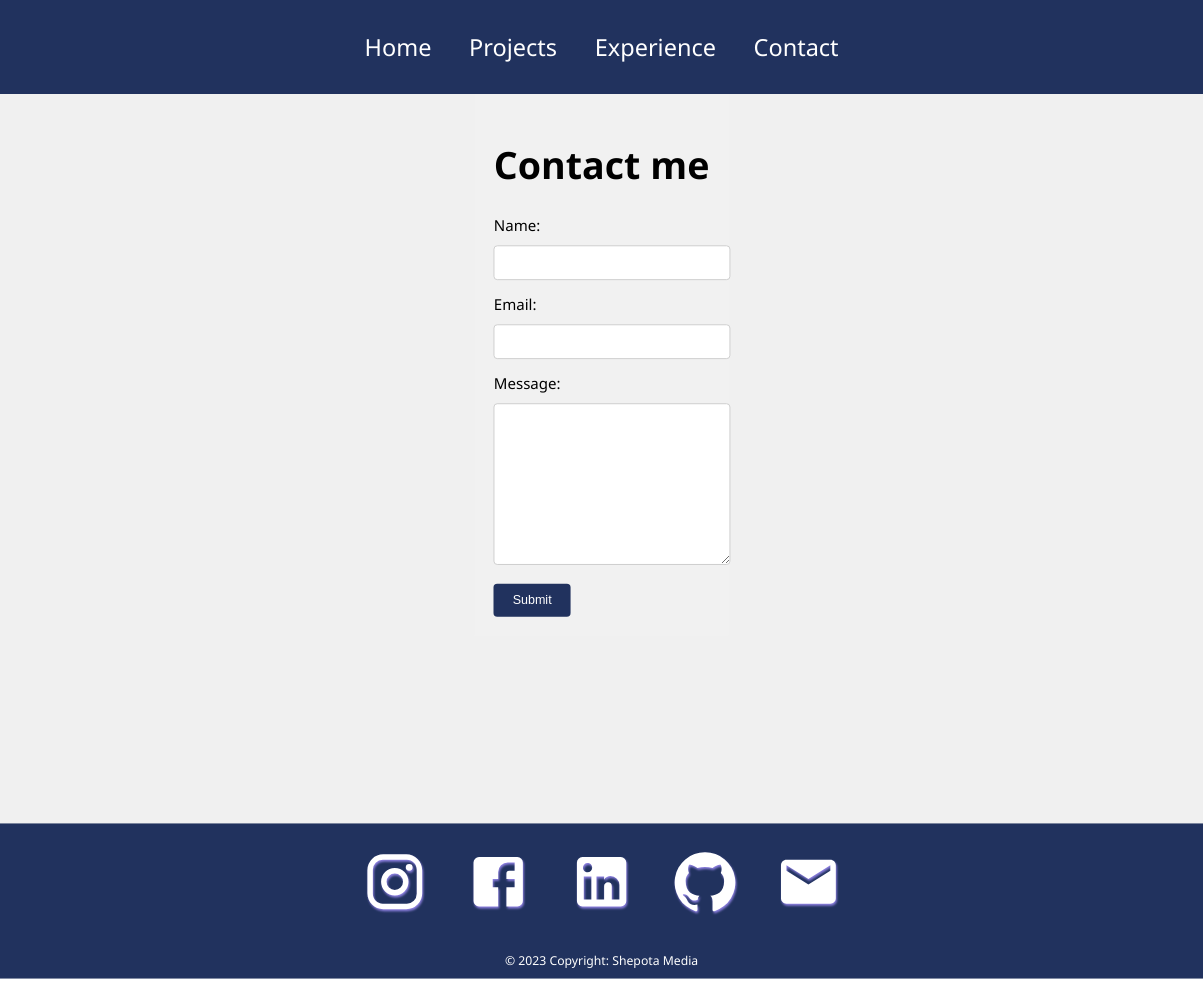
Repository: LolaSL/react-portfolio
Page: /contact
These files come from the project's save history. The page is drawn as it stood at one moment and after a run of saves; the edit follows.
The browser window is 1280 px wide. The pictures show the whole page, at 94% of full size.
The project was rebuilt for these pictures with package versions that can differ from the ones it lists, and the page was loaded fresh each time. Also part of the build but not shown: src/pages/Home/Style.css, src/pages/Home/Home.jsx, src/components/ProjectItem/ProjectItem.jsx, src/helpers/ProjectList.js, src/pages/Projects/Style.css, src/pages/Projects/Projects.jsx, src/pages/Experience/Style.css, src/pages/Experience/Experience.jsx and 1 more.

Above is the page before, as saved 2023-07-02 09:44:47.

After the next 4 saves:
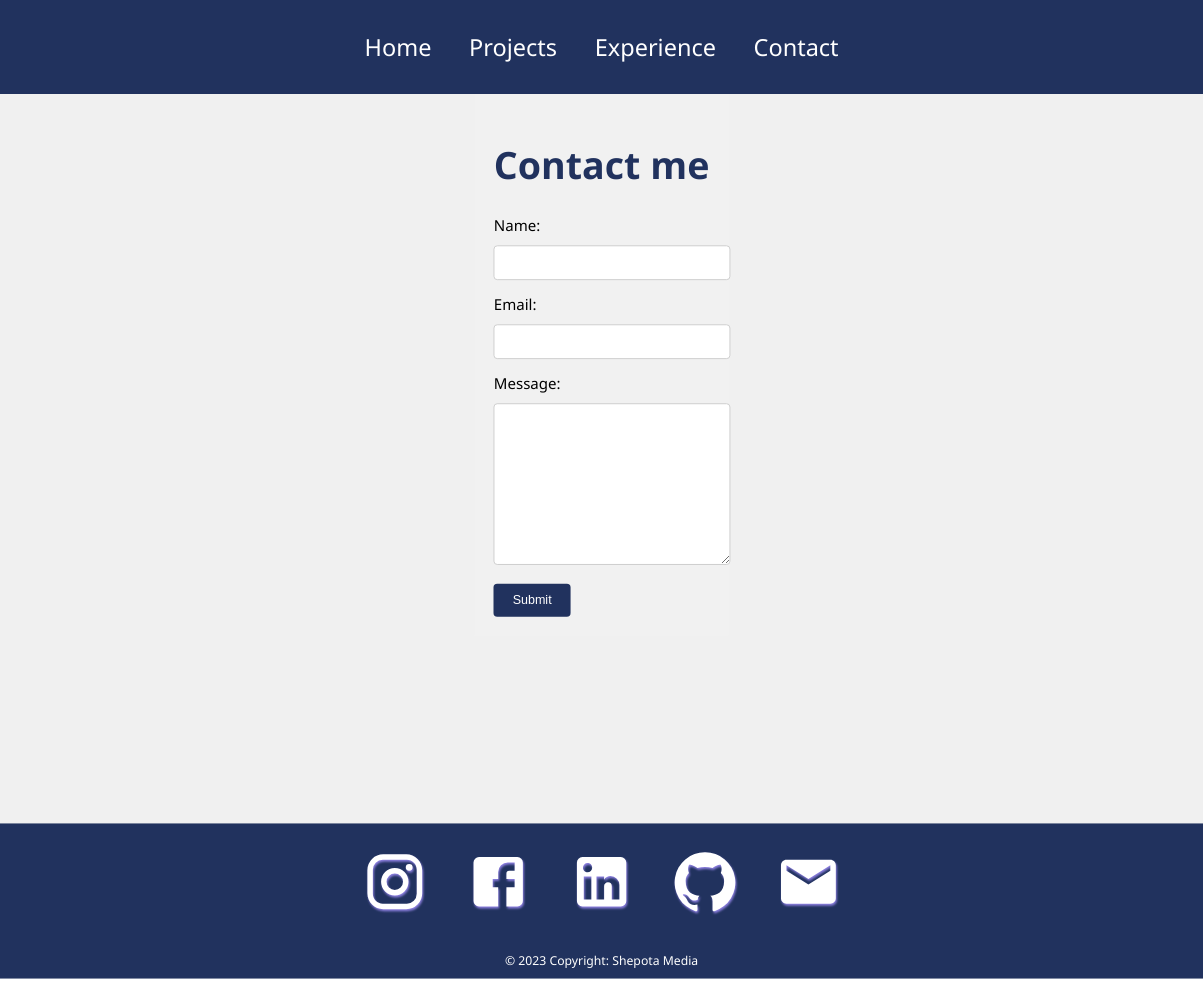
The 4 saves are shown as one change because they came seconds apart.
The last was saved 9 s later.
--- a/src/pages/Contact/Style.css
+++ b/src/pages/Contact/Style.css
@@ -6,7 +6,8 @@
   }
   .contact-form h1{
     font-size: 40px;
-    color
+    color:  #21325e;
+    font-family: ;
   }
   .contact-form label {
     display: block;
